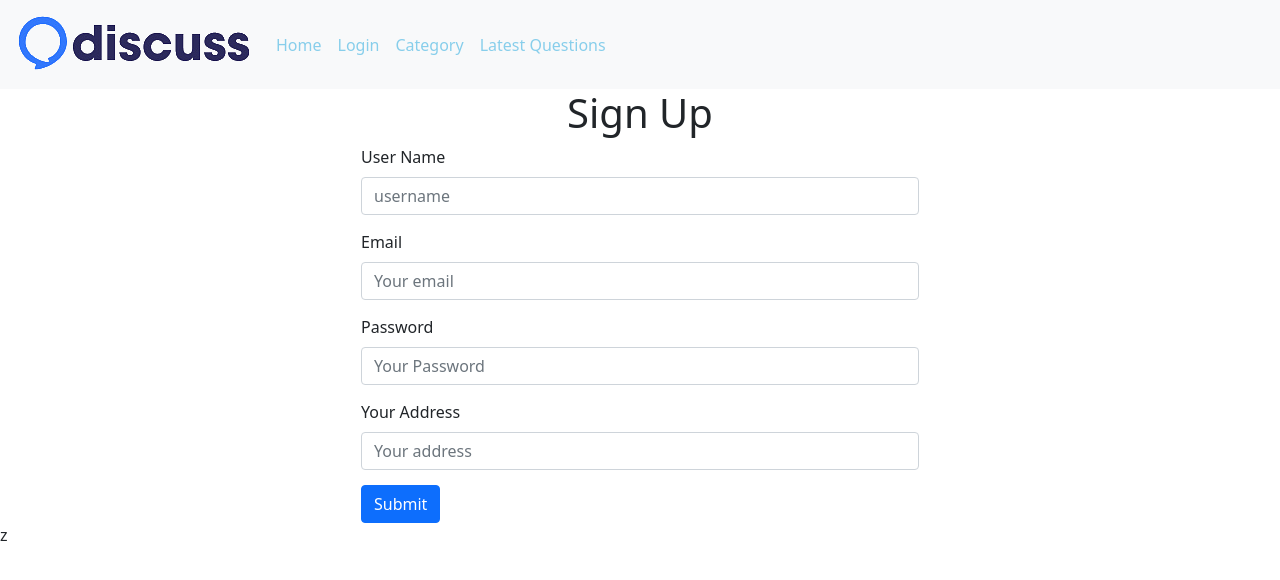
Repository: zeeShanizeeshan/php-project
Page: http://localhost/?login=true
These files come from the project's save history. The page is drawn as it stood at one moment and after the next save; the edit follows.
The browser window is 1280 px wide. The pictures show the whole page.
The page is run by PHP 8.4 with error messages shown; the project is at /var/www/html/.

Above is the page before, as saved 2025-12-02 16:44:07.

### index.php
<!DOCTYPE html>
<html lang="en">

<head>
    <meta charset="UTF-8">
    <title>Discuss Project</title>
    <?php include('./client/commonFiles.php') ?>
</head>

<body>
    <?php
    include('./client/header.php');
    include('./client/signup.php');
    ?>
</body>

</html>

### client/commonFiles.php
<link href="https://cdn.jsdelivr.net/npm/bootstrap@5.0.2/dist/css/bootstrap.min.css" rel="stylesheet" integrity="sha384-EVSTQN3/azprG1Anm3QDgpJLIm9Nao0Yz1ztcQTwFspd3yD65VohhpuuCOmLASjC" crossorigin="anonymous">
<script src="https://cdn.jsdelivr.net/npm/bootstrap@5.0.2/dist/js/bootstrap.bundle.min.js" integrity="sha384-MrcW6ZMFYlzcLA8Nl+NtUVF0sA7MsXsP1UyJoMp4YLEuNSfAP+JcXn/tWtIaxVXM" crossorigin="anonymous"></script>
<link rel="stylesheet" href="./public/style.css">
</link>

### client/header.php
<nav class="navbar navbar-expand-lg navbar-light bg-light">
    <div class="container-fluid">
        <a class="navbar-brand" href="#">
            <img src="./public/discusslogo.png" alt="">
        </a>
        <div class="collapse navbar-collapse" id="navbarNav">
            <ul class="navbar-nav">
                <li class="nav-item">
                    <a class="nav-link active" aria-current="page" href="#">Home</a>
                </li>
                <li class="nav-item">
                    <a class="nav-link" href="#">Login</a>
                </li>
                <li class="nav-item">
                    <a class="nav-link" href="#">Category</a>
                </li>
                <li class="nav-item">
                    <a class="nav-link" href="#">Latest Questions</a>
                </li>
            </ul>
        </div>
    </div>
</nav>

### client/signup.php
<div class="container">
    <h1 class="heading">Sign Up</h1>
    <form>

        <div class="col-6 offset-sm-3 margin-bottom ">
            <label for="username" class="form-label">User Name</label>
            <input type="text" class="form-control" id="username" placeholder="username">
        </div>

        <div class="col-6 offset-sm-3 margin-bottom">
            <label for="email" class="form-label">Email</label>
            <input type="text" class="form-control" id="email" placeholder="Your email">
        </div>

        <div class="col-6 offset-sm-3 margin-bottom ">
            <label for="Password" class="form-label">Password</label>
            <input type="Password" class="form-control" id="Password" placeholder="Your Password">
        </div>

        <div class="col-6 offset-sm-3 margin-bottom">
            <label for="address" class="form-label">Your Address</label>
            <input type="text" class="form-control" id="address" placeholder="Your address">
        </div>
        <div class="col-6 offset-sm-3">
            <button type="submit" class="btn btn-primary">Submit</button>

        </div>
    </form>
</div>z

### public/style.css
a{
    color: skyblue !important;
}

.heading{
 text-align: center;
}

.margin-bottom{
    margin-bottom: 15px;
}

After the next save:
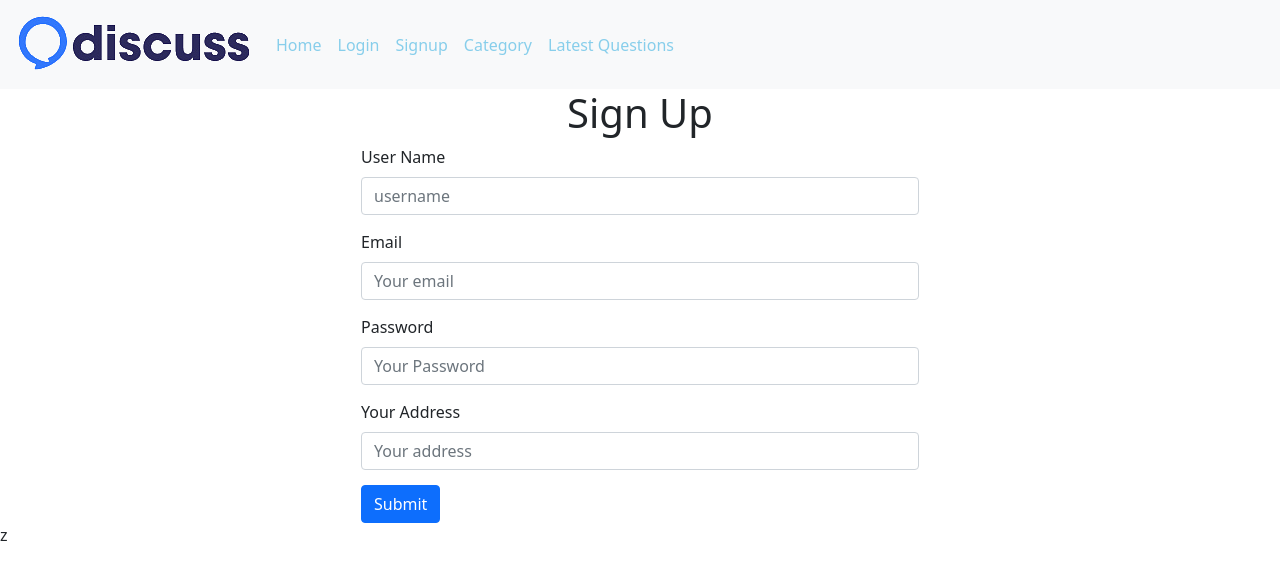
Saved 112 s later.
--- a/client/header.php
+++ b/client/header.php
@@ -9,7 +9,10 @@
                     <a class="nav-link active" aria-current="page" href="#">Home</a>
                 </li>
                 <li class="nav-item">
-                    <a class="nav-link" href="#">Login</a>
+                    <a class="nav-link" href="?login=true">Login</a>
+                </li>
+                <li class="nav-item">
+                    <a class="nav-link" href="?signup=true">Signup</a>
                 </li>
                 <li class="nav-item">
                     <a class="nav-link" href="#">Category</a>
